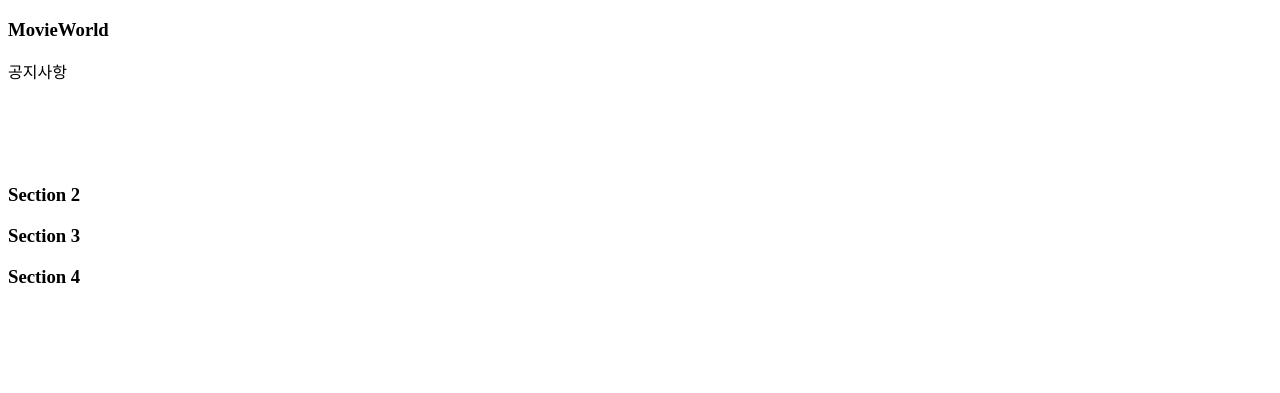
Repository: khpark1211/jsp
Page: http://localhost/TestJsp/
These files come from the project's save history. The page is drawn as it stood at one moment and after the next save; the edit follows.
The browser window is 1280 px wide. The pictures show the whole page.
Pictures or frames that could not be fetched are drawn as grey boxes. Some web libraries are served in a nearby version. The page is served by Tomcat 9.

Above is the page before, as saved 2020-04-07 09:49:05.

### TestJsp/WebContent/index.jsp
<%@ page language="java" contentType="text/html; charset=UTF-8"
	pageEncoding="UTF-8"%>
<!DOCTYPE html>
<html>
<head>
  <meta charset="utf-8">
  <meta name="viewport" content="width=device-width, initial-scale=1">
  <title>jQuery UI Accordion - Default functionality</title>

  <script src="https://code.jquery.com/jquery-1.12.4.js"></script>
  <script src="https://code.jquery.com/ui/1.12.1/jquery-ui.js"></script>
  <script>
  $( function() {
    $( "#accordion" ).accordion();
  } );
  </script>
</head>
<body>

<div id="accordion">
  <h3>MovieWorld</h3>
  <div>
    <p> 공지사항  </p>
  </div>
  <h3>Section 2</h3>
  <div>
    <p>
    Sed non urna. Donec et ante. Phasellus eu ligula. Vestibulum sit amet
    purus. Vivamus hendrerit, dolor at aliquet laoreet, mauris turpis porttitor
    velit, faucibus interdum tellus libero ac justo. Vivamus non quam. In
    suscipit faucibus urna.
    </p>
  </div>
  <h3>Section 3</h3>
  <div>
    <p>
    Nam enim risus, molestie et, porta ac, aliquam ac, risus. Quisque lobortis.
    Phasellus pellentesque purus in massa. Aenean in pede. Phasellus ac libero
    ac tellus pellentesque semper. Sed ac felis. Sed commodo, magna quis
    lacinia ornare, quam ante aliquam nisi, eu iaculis leo purus venenatis dui.
    </p>
    <ul>
      <li>List item one</li>
      <li>List item two</li>
      <li>List item three</li>
    </ul>
  </div>
  <h3>Section 4</h3>
  <div>
    <p>
    Cras dictum. Pellentesque habitant morbi tristique senectus et netus
    et malesuada fames ac turpis egestas. Vestibulum ante ipsum primis in
    faucibus orci luctus et ultrices posuere cubilia Curae; Aenean lacinia
    mauris vel est.
    </p>
    <p>
    Suspendisse eu nisl. Nullam ut libero. Integer dignissim consequat lectus.
    Class aptent taciti sociosqu ad litora torquent per conubia nostra, per
    inceptos himenaeos.
    </p>
  </div>
</div>


</body>
</html>

After the next save:
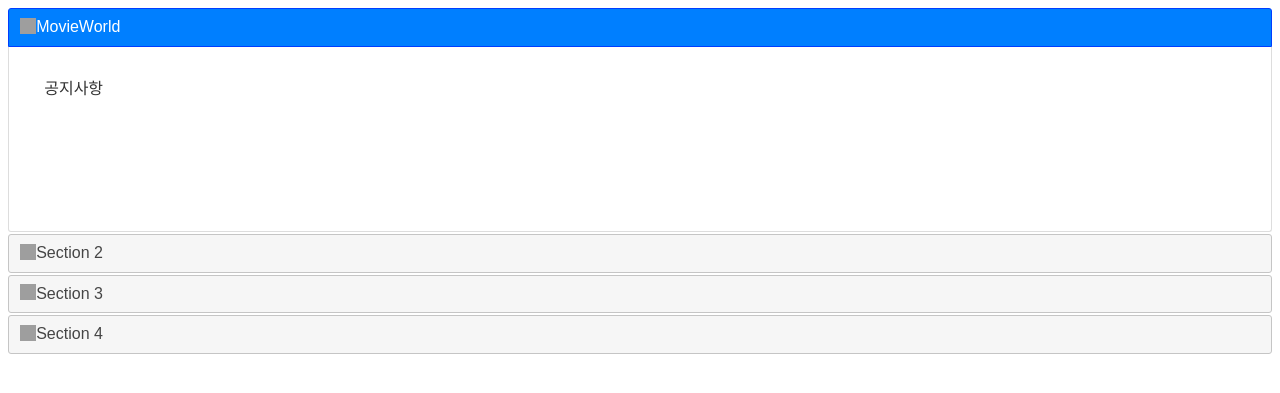
Saved 10 s later.
--- a/TestJsp/WebContent/index.jsp
+++ b/TestJsp/WebContent/index.jsp
@@ -6,6 +6,7 @@
   <meta charset="utf-8">
   <meta name="viewport" content="width=device-width, initial-scale=1">
   <title>jQuery UI Accordion - Default functionality</title>
+  <link rel="stylesheet" href="//code.jquery.com/ui/1.12.1/themes/base/jquery-ui.css">
 
   <script src="https://code.jquery.com/jquery-1.12.4.js"></script>
   <script src="https://code.jquery.com/ui/1.12.1/jquery-ui.js"></script>
